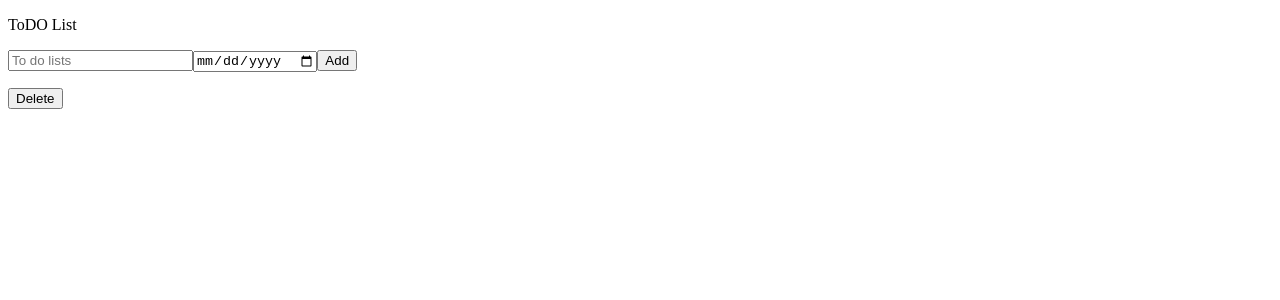
Repository: pgyunknown/ToDo-List
Page: index.html
These files come from the project's save history. The page is drawn as it stood at one moment and after a run of saves; the edit follows.
The browser window is 1280 px wide. The pictures show the whole page.

Above is the page before, as saved 2024-08-29 19:35:43.

### index.html
<!DOCTYPE html>
<html lang="en">
<head>
  <meta charset="UTF-8">
  <meta name="viewport" content="width=device-width, initial-scale=1.0">
  <title>Document</title>
</head>
<body>
  <div></div>
  <p>ToDO List</p>
  <input placeholder="To do lists" class="js-name-input"><input type="date" class="js-date-b"><button onclick="addWork();">Add</button><br>

  <div class="js-todo-list">text</div>

  <script src="index.js"></script>
</body>
</html>

### index.js
const todoList=[{
  name:'',duedate:''
}
];

eventList();
function eventList(){
  let todoListHTML=' ';
  for(i=0;i<todoList.length;i++){
    const todoObj=todoList[i];
    const {name}=todoObj;
    const {duedate}=todoObj;
    const html=`
    <p>
    ${name} ${duedate}
    <button onclick="todoList.splice(${i},1);
    eventList();">Delete</button>
    </p>`;
    todoListHTML+=html;
}
console.log(todoListHTML) ;
document.querySelector('.js-todo-list').innerHTML=todoListHTML;
}
function addWork(){
  const inputElement=document.querySelector('.js-name-input');
  const name=inputElement.value;

  const dateinputElement=document.querySelector('.js-date-b');
  const duedate=dateinputElement.value;

  todoList.push({
    name:name,
    duedate:duedate
  });

  inputElement.value='';
  // console.log(todoList);
  eventList();
}

After the next 4 saves:
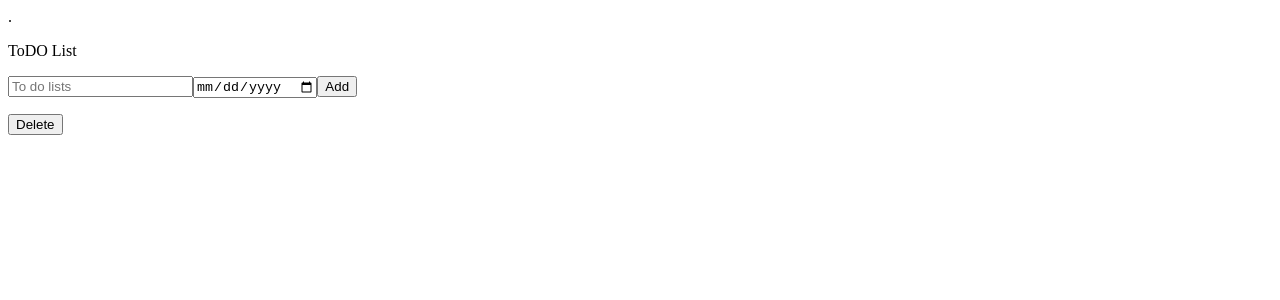
The 4 saves are shown as one change because they came seconds apart.
The last was saved 11 s later.
--- a/index.html
+++ b/index.html
@@ -6,7 +6,7 @@
   <title>Document</title>
 </head>
 <body>
-  <div></div>
+  .
   <p>ToDO List</p>
   <input placeholder="To do lists" class="js-name-input"><input type="date" class="js-date-b"><button onclick="addWork();">Add</button><br>
 
